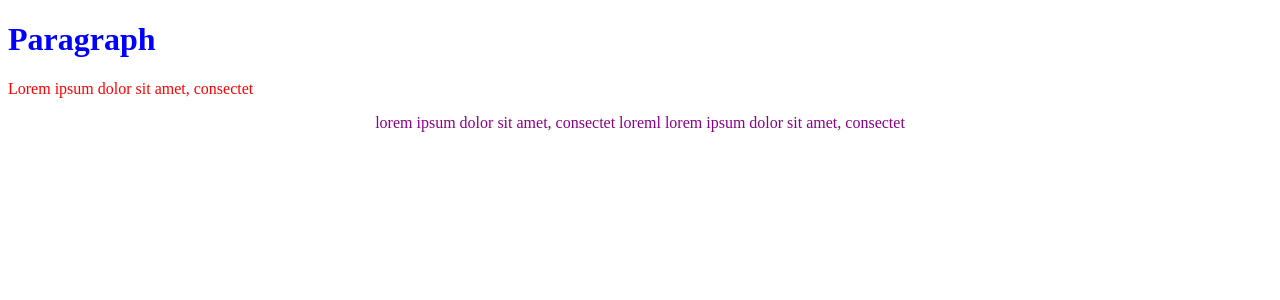
Repository: linas-dev/HTML-CSS-Projects
Page: Basic_HTML_and_CSS/Basic_HTML_3.html
An editor plug-in stored every save of this project. The page is shown before and after the next save, followed by the edit.
The browser window is 1280 px wide. The pictures show the whole page.

Above is the page before, as saved 2021-05-26 23:04:58.

After the next save:
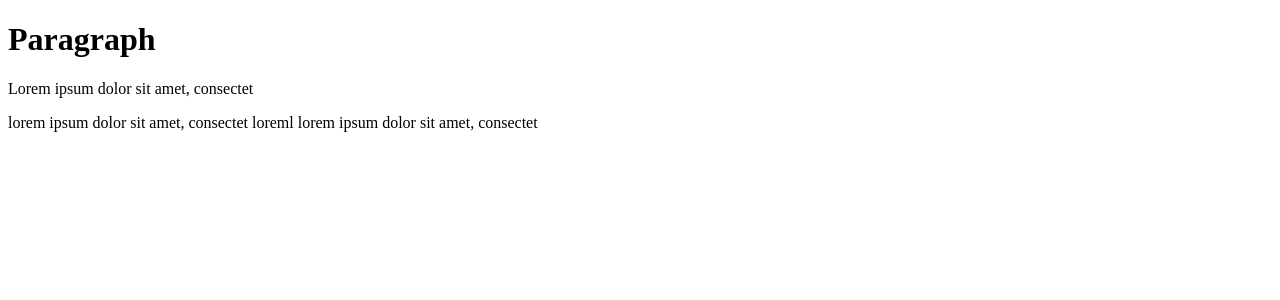
Saved 36 s later.
--- a/Basic_HTML_and_CSS/Basic_HTML_3.html
+++ b/Basic_HTML_and_CSS/Basic_HTML_3.html
@@ -6,23 +6,15 @@
     <meta name="viewport" content="width=device-width, initial-scale=1.0">
     <link rel="stylesheet" href="Basic_CSS_1.css">
     <title>Document</title>
-    <style>
-        div p {
-            color: red;
-        }
-        .newp {
-            color: #8B008B;
-            text-align: center;
-        }
-    </style>
+
 </head>
 <body>
-    <div id="main" style="color: blue;">
+    <div>
         <h1>Paragraph</h1>
         <p>Lorem ipsum dolor sit amet, consectet</p>
     </div>
 
-    <p class="newp">
+    <p>
         lorem ipsum dolor sit amet, consectet loreml lorem ipsum dolor sit amet, consectet</p>
     </p>
 </body>
